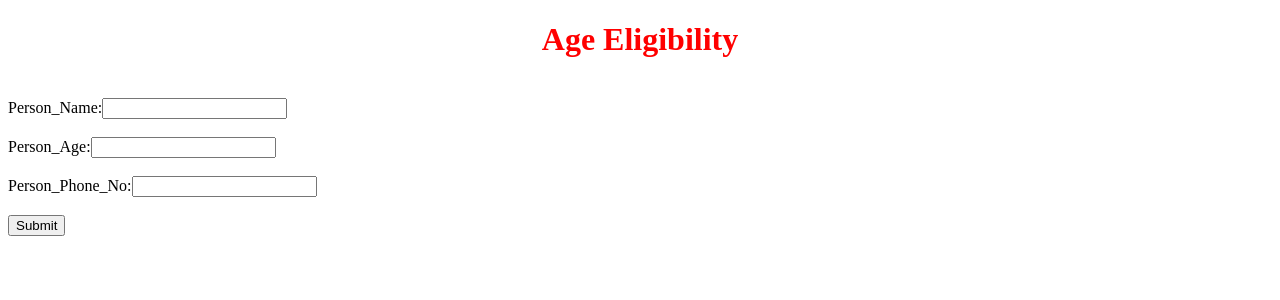
Repository: karan-mohite/WebApp
Page: WebApp Servelet/AgeApp/src/main/webapp/index.html
These files come from the project's save history. The page is drawn as it stood at one moment and after the next save; the edit follows.
The browser window is 1280 px wide. The pictures show the whole page.

Above is the page before, as saved 2025-01-24 17:32:56.

### WebApp Servelet/AgeApp/src/main/webapp/index.html
<!DOCTYPE html>
<html>
<head>
<meta charset="UTF-8">

</head>
<body>
<h1 style="color:RED; text-align:center">Age Eligibility</h1>
<form action="ageurl" method="GET">
<br>
Person_Name:<input     type="text" name="pname">
</br>
<br>
Person_Age:<input      type="text" name="page">
</br>
<br>
Person_Phone_No:<input type="text" name="pnum">
</br>
<br>
<input type="submit" value="Submit">
</br>
</form>
</body>
</html>

After the next save:
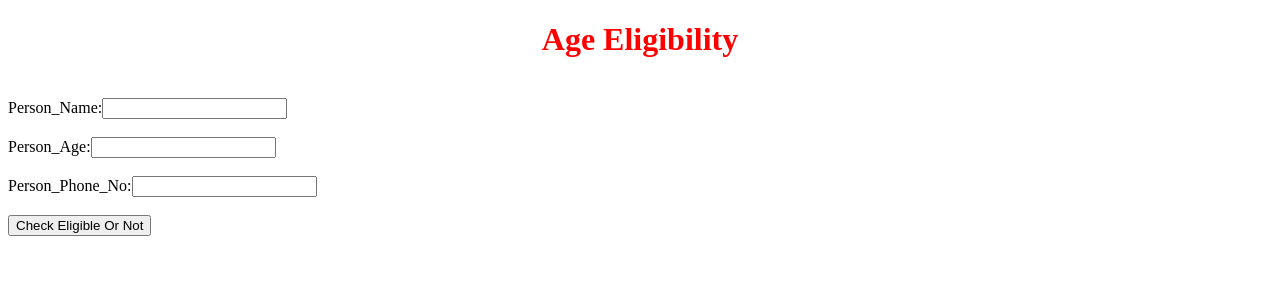
Saved 95 s later.
--- a/WebApp Servelet/AgeApp/src/main/webapp/index.html
+++ b/WebApp Servelet/AgeApp/src/main/webapp/index.html
@@ -17,7 +17,7 @@ Person_Age:<input      type="text" name="page">
 Person_Phone_No:<input type="text" name="pnum">
 </br>
 <br>
-<input type="submit" value="Submit">
+<input type="submit" value="Check Eligible Or Not">
 </br>
 </form>
 </body>
